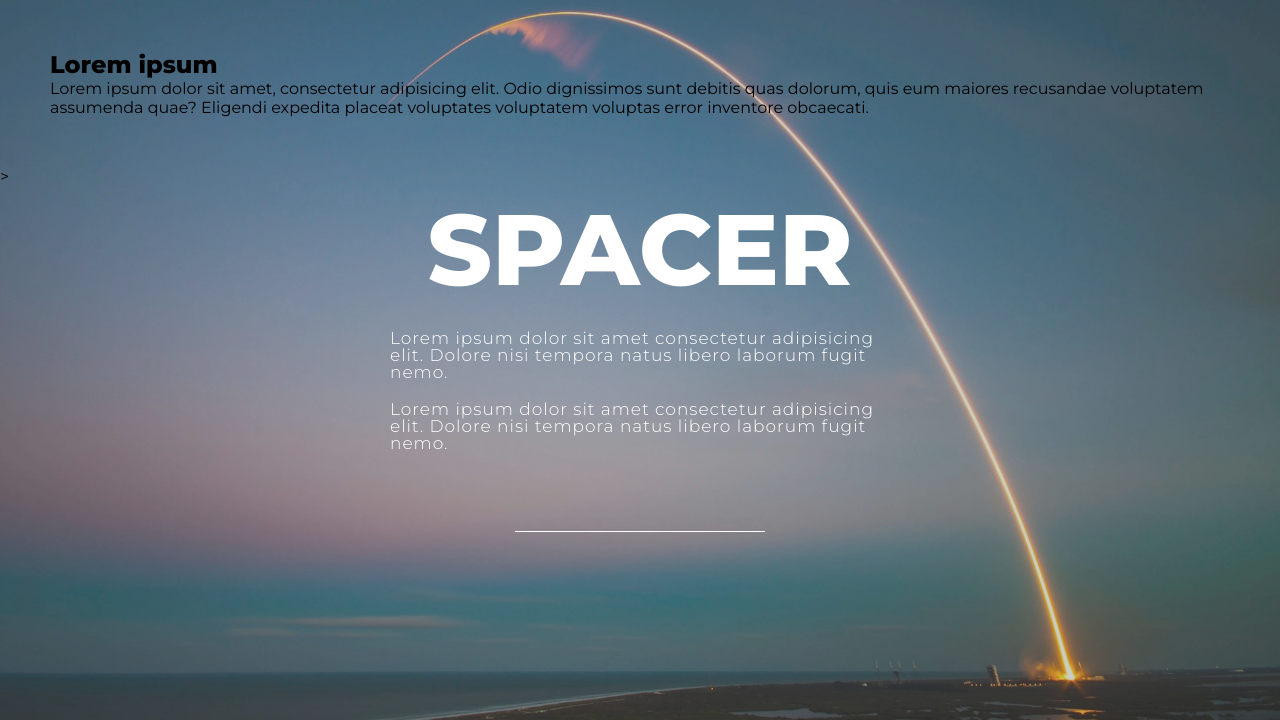
Repository: Trelefele/spacer-roman
Page: /
An editor plug-in stored every save of this project. The page is shown before and after the next save, followed by the edit.
The browser window is 1280 px wide. The pictures show the whole page.
The project was rebuilt for these pictures with package versions that can differ from the ones it lists, and the page was loaded fresh each time. Also part of the build but not shown: src/components/Item.vue.

Above is the page before, as saved 2019-02-06 21:51:38.

After the next save:
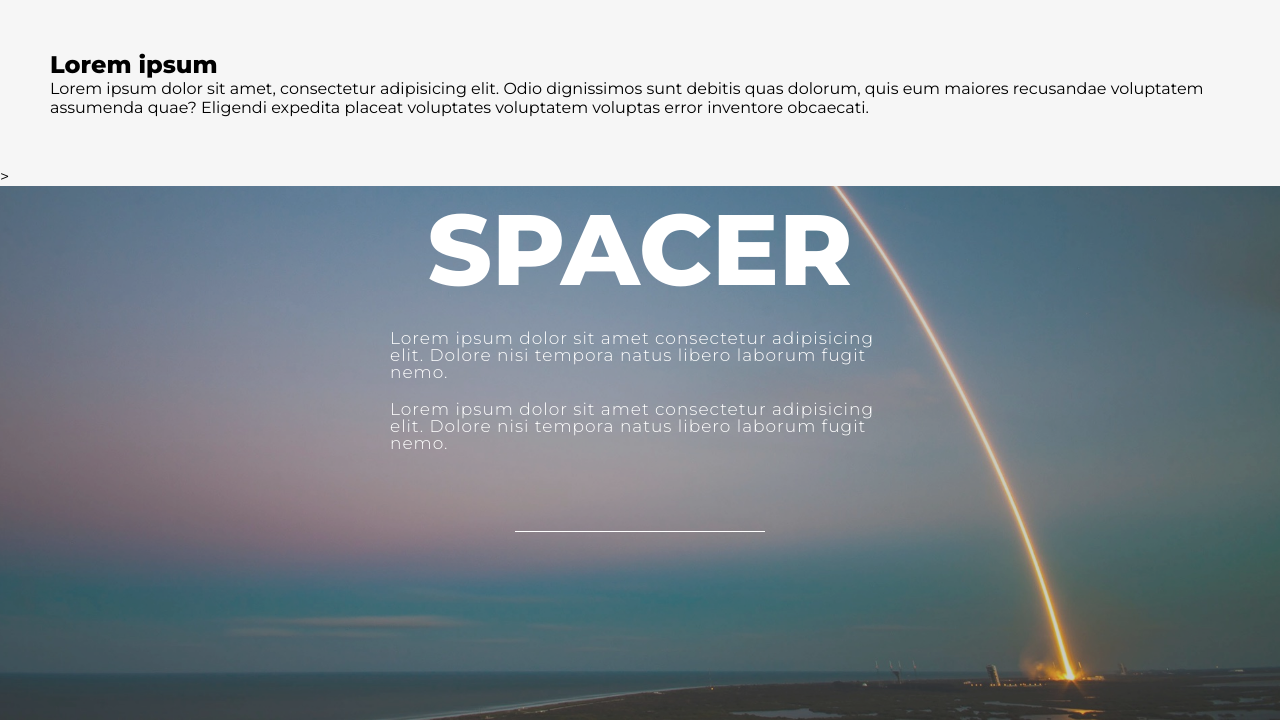
Saved 100 s later.
--- a/src/components/Modal.vue
+++ b/src/components/Modal.vue
@@ -24,6 +24,7 @@ export default {
 
 <style lang="scss" scoped>
     .outerWrapper{
+        background: #f6f6f6;
         max-width: 100%;
         position: fixed;
         top: 0;
